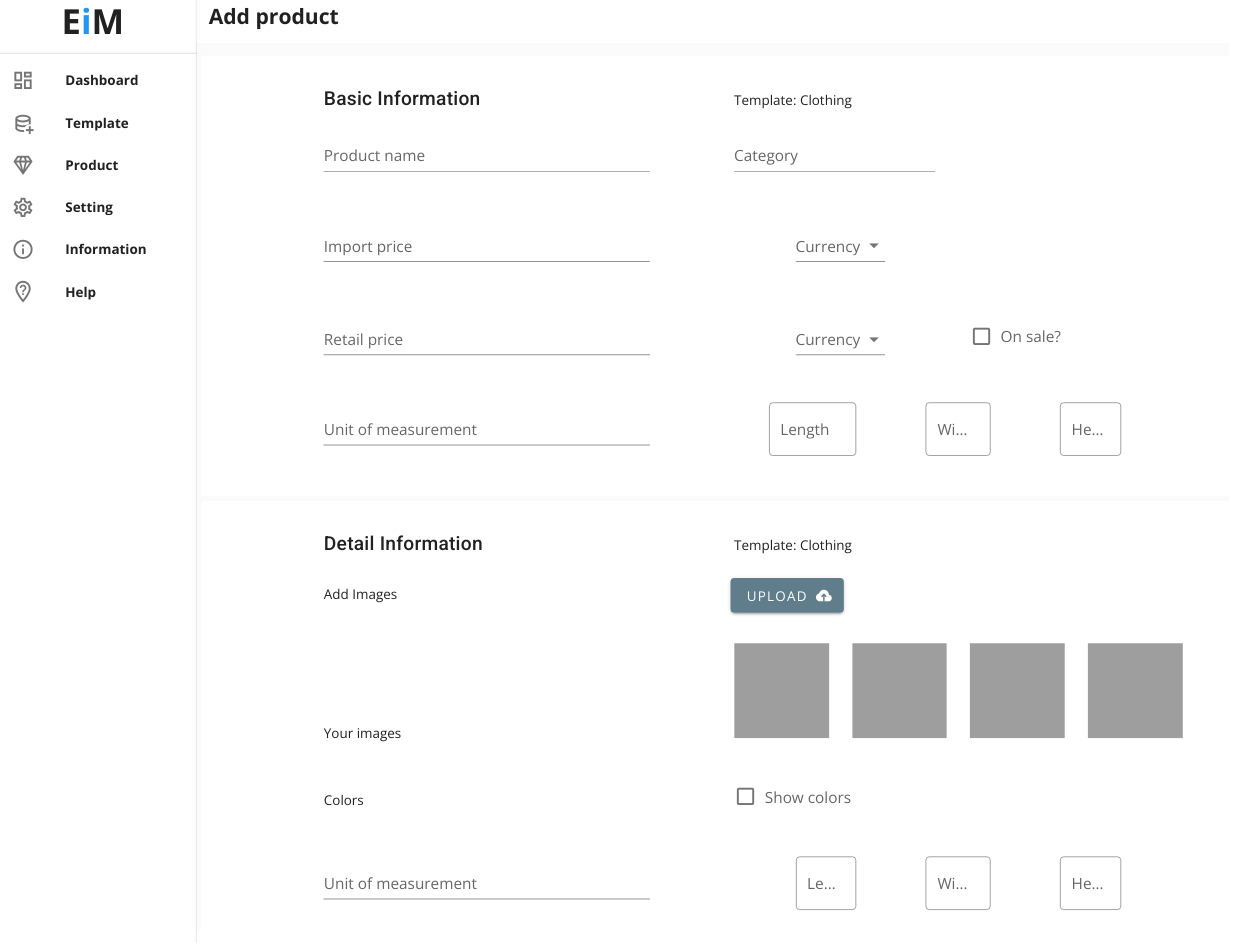
Repository: nguyenphuong152/pim-template
Page: /addproduct
These files come from the project's save history. The page is drawn as it stood at one moment and after the next save; the edit follows.
The browser window is 1280 px wide. The page is 1308 px wide, so the pictures cover 1308 px, including what lies to the right of the window. The pictures show the whole page, at 96% of full size.
Pictures or frames that could not be fetched are drawn as grey boxes. The project was rebuilt for these pictures with package versions that can differ from the ones it lists, and the page was loaded fresh each time. Also part of the build but not shown: vue.config.js, src/views/Home.vue, src/components/Outcome_1/SearchTemplate.vue, src/components/Outcome_1/YourTemplate.vue, src/components/Outcome_1/ListComponent.vue, src/components/Outcome_1/AddInfo.vue, src/components/Outcome_1/AddDetail.vue, src/components/Outcome_1/CreateRegion.vue and 5 more.

Above is the page before, as saved 2020-12-21 12:59:41.

### public/index.html
<!DOCTYPE html>
<html lang="en">
  <head>
    <meta charset="utf-8" />
    <meta http-equiv="X-UA-Compatible" content="IE=edge" />
    <meta name="viewport" content="width=device-width,initial-scale=1.0" />
    <link rel="icon" href="<%= BASE_URL %>favicon.ico" />
    <link rel="preconnect" href="https://fonts.gstatic.com" />
    <link rel="preconnect" href="https://fonts.gstatic.com" />
    <link rel="preconnect" href="https://fonts.gstatic.com" />
    <link
      href="https://fonts.googleapis.com/css2?family=Open+Sans:wght@300;400;600;700;800&display=swap"
      rel="stylesheet"
    />
    <link
      href="https://fonts.googleapis.com/css?family=Montserrat:300,400,500,600,700"
      rel="stylesheet"
    />
    <title><%= htmlWebpackPlugin.options.title %></title>
    <link
      rel="stylesheet"
      href="https://fonts.googleapis.com/css?family=Roboto:100,300,400,500,700,900"
    />
    <link
      rel="stylesheet"
      href="https://cdn.jsdelivr.net/npm/@mdi/font@latest/css/materialdesignicons.min.css"
    />
  </head>
  <body>
    <noscript>
      <strong
        >We're sorry but <%= htmlWebpackPlugin.options.title %> doesn't work
        properly without JavaScript enabled. Please enable it to
        continue.</strong
      >
    </noscript>
    <div id="app"></div>
    <!-- built files will be auto injected -->
  </body>
</html>

### src/main.js
import Vue from 'vue'
import App from './App.vue'
import router from './router'
import '../sass/style.scss'
import vuetify from './plugins/vuetify';

Vue.config.productionTip = false

new Vue({
  router,
  vuetify,
  render: h => h(App)
}).$mount('#app')

### src/App.vue
<template>
  <v-app v-bind:style="{ background: activeColor }">
    <v-row>
      <v-col cols="2" class="pa-0">
        <v-navigation-drawer permanent width="220">
          <v-list-item>
            <v-list-item-content>
              <v-list-item-title class="logo">
                E<span class="blue--text">i</span>M
              </v-list-item-title>
            </v-list-item-content>
          </v-list-item>

          <v-divider></v-divider>

          <v-list dense nav class="text-start pl-4">
            <v-list-item
              v-for="item in items"
              :key="item.title"
              :to="item.path"
              color="blue"
            >
              <v-list-item-icon>
                <v-icon>{{ item.icon }}</v-icon>
              </v-list-item-icon>
              <v-list-item-content>
                <v-list-item-title class="template-title font-weight-bold ">{{
                  item.title
                }}</v-list-item-title>
              </v-list-item-content>
            </v-list-item>
          </v-list>
        </v-navigation-drawer>
      </v-col>
      <v-col class="pa-0">
        <router-view />
      </v-col>
    </v-row>
  </v-app>
</template>

<script>
export default {
  name: "App",
  components: {},
  watch: {
    $route(to) {
      document.title = `${to.meta.title}`;
    },
  },
  data() {
    return {
      clicked: false,
      activeColor: "#FAFAFA",
      items: [
        { title: "Dashboard", icon: "mdi-view-dashboard-outline", path: "" },
        {
          title: "Template",
          icon: "mdi-database-plus-outline",
          path: "/template",
        },
        { title: "Product", icon: "mdi-diamond-stone", path: "/product" },
        { title: "Setting", icon: "mdi-cog-outline", path: "" },
        { title: "Information", icon: "mdi-information-outline", path: "" },
        { title: "Help", icon: "mdi-map-marker-question-outline", path: "" },
      ],
      right: null,
    };
  },
};
</script>

### src/router/index.js
import Vue from "vue";
import VueRouter from "vue-router";
import Home from "../views/Home.vue";
import Template from "../views/Outcome_1/CreateProductTemplate.vue";
import Product from "../views/Outcome_2/Outcome_2_screen.vue";
import AddProduct from "../views/Outcome_2/AddProduct.vue";

Vue.use(VueRouter);

const routes = [
  {
    path: "/",
    name: "Home",
    component: Home,
  },
  {
    path: "/template",
    name: "Template",
    component: Template,
    meta: {
      title: "Add Template",
    },
  },
  {
    path: "/product",
    name: "Product",
    component: Product,
    meta: {
      title: "Product",
    },
  },
  {
    path: "/addproduct",
    name: "AddProduct",
    component: AddProduct,
    meta: {
      title: "Add Product",
    },
  },
  {
    path: "/about",
    name: "About",
    // route level code-splitting
    // this generates a separate chunk (about.[hash].js) for this route
    // which is lazy-loaded when the route is visited.
    component: () =>
      import(/* webpackChunkName: "about" */ "../views/About.vue"),
  },
];

const router = new VueRouter({
  mode: "history",
  base: process.env.BASE_URL,
  routes,
});

export default router;

### sass/style.scss
$font-primary: 'Open Sans',
sans-serif;

@import "~vuetify/src/styles/styles.sass";

$fontsize-content: 14px;
$fontsize-title: 24px;
$fontsize-logo:36px;
$fontsize-header:22px;
$fontsize-nav:20px;


#app {
  font-family: $font-primary;
   font-size:$fontsize-content;
  -webkit-font-smoothing: antialiased;
  -moz-osx-font-smoothing: grayscale;
  text-align: center;
  color: #2c3e50;
}

#nav {
  padding: 30px;
}

#nav a {
  font-weight: bold;
  color: #2c3e50;
}

#nav a.router-link-exact-active {
  color: #42b983;
}

.title {
  font: $font-primary !important;
  font-size: $fontsize-nav !important;
}

.logo {
  @extend .title;
  font-weight: 700 !important;
  font-size: $fontsize-logo !important;
}

.text-header {
  font: $font-primary !important;
  font-size: $fontsize-header !important;
  font-weight: 700;
}


.template-title {
  @extend .title;
  font-size: $fontsize-content !important;
}

### src/views/Outcome_2/AddProduct.vue
<template>
  <v-container class="pa-0">
    <v-card class="" flat>
      <v-container class="text-start">
        <v-row class="align-baseline">
          <v-col cols="10">
            <span class="text-header">Add product</span>
          </v-col>
        </v-row>
      </v-container>
    </v-card>
    <br />
    <BasicInfo />
    <br />
    <DetailInfo />
  </v-container>
</template>

<script>
import BasicInfo from "../../components/Outcome_2/BasicInfo";
import DetailInfo from "../../components/Outcome_2/Detail";

export default {
  components: {
    BasicInfo,
    DetailInfo,
  },
};
</script>

### src/components/Outcome_2/BasicInfo.vue
<template>
  <v-container class="text-start ma-1 pa-0">
    <v-card flat>
      <v-row class="d-flex align-baseline px-16 pt-4">
        <v-col>
          <v-container class="px-16 py-0">
            <span class="title ">Basic Information</span>
          </v-container>
        </v-col>
        <v-col>
          <span>Template: Clothing</span>
        </v-col>
      </v-row>
      <v-container class="px-16 py-0">
        <v-row class="d-flex align-baseline pa-0">
          <v-col cols="6">
            <v-container class="py-0 px-16">
              <v-text-field
                color="blue darken-2"
                label="Product name"
                hint="Miniskirt-02"
                required
              ></v-text-field>
            </v-container>
          </v-col>
          <v-col class="px-0">
            <v-container class="py-0">
              <v-text-field
                color="blue darken-2"
                label="Category"
                hint="Ex: Miniskirt"
                required
              ></v-text-field>
            </v-container>
          </v-col>
          <v-col></v-col>
        </v-row>
        <v-row class="d-flex align-baseline">
          <v-col cols="6">
            <v-container class="py-0 px-16">
              <v-text-field
                color="blue darken-2"
                label="Import price"
                hint="180,000"
                required
              ></v-text-field>
            </v-container>
          </v-col>
          <v-col cols="3">
            <v-container class="py-0 px-16">
              <v-select :items="items" label="Currency"></v-select>
            </v-container>
          </v-col>
          <v-col> </v-col>
        </v-row>
        <v-row class="d-flex align-baseline">
          <v-col cols="6">
            <v-container class="py-0 px-16">
              <v-text-field
                color="blue darken-2"
                label="Retail price"
                hint="180,000"
                required
              ></v-text-field>
            </v-container>
          </v-col>
          <v-col cols="3">
            <v-container class="py-0 px-16">
              <v-select :items="items" label="Currency"></v-select>
            </v-container>
          </v-col>
          <v-col
            ><v-checkbox label="On sale?" color="red" hide-details></v-checkbox>
          </v-col>
        </v-row>
        <v-row class="d-flex align-baseline">
          <v-col cols="6">
            <v-container class="py-0 px-16">
              <v-text-field
                color="blue darken-2"
                label="Unit of measurement"
                hint="Ex: piece, pair,..."
                required
              ></v-text-field>
            </v-container>
          </v-col>
          <v-col>
            <v-row>
              <v-col>
                <v-container class="py-0 pl-9">
                  <v-text-field
                    label="Length"
                    placeholder="70cm"
                    outlined
                  ></v-text-field>
                </v-container>
              </v-col>
              <v-col>
                <v-container class="py-0 pr-9 pl-9">
                  <v-text-field
                    label="Width"
                    placeholder="50cm"
                    outlined
                  ></v-text-field>
                </v-container>
              </v-col>
              <v-col>
                <v-container class="py-0 pr-16">
                  <v-text-field
                    label="Height"
                    placeholder="10cm"
                    outlined
                  ></v-text-field>
                </v-container>
              </v-col>
            </v-row>
          </v-col>
        </v-row>
      </v-container>
    </v-card>
  </v-container>
</template>

<script>
export default {
  data: () => ({
    items: ["VND", "USD", "EUR"],
  }),
};
</script>

<style></style>

### src/components/Outcome_2/Detail.vue
<template>
  <v-container class="text-start ma-1 pa-0">
    <v-card flat>
      <v-row class="d-flex align-baseline px-16 pt-4">
        <v-col>
          <v-container class="px-16 py-0">
            <span class="title ">Detail Information</span>
          </v-container>
        </v-col>
        <v-col>
          <span>Template: Clothing</span>
        </v-col>
      </v-row>
      <v-container class="px-16 py-0">
        <v-row class="d-flex align-baseline pa-0">
          <v-col>
            <v-container class="py-0 px-16">
              <span>Add Images</span>
            </v-container>
          </v-col>
          <v-col cols="6" class="px-0">
            <v-container class="py-0 px-0">
              <v-btn color="blue-grey" class="ma-2 white--text">
                Upload
                <v-icon right dark>
                  mdi-cloud-upload
                </v-icon>
              </v-btn>
            </v-container>
          </v-col>
        </v-row>
        <v-row class="d-flex align-baseline">
          <v-col cols="6">
            <v-container class="py-0 px-16">
              Your images
            </v-container>
          </v-col>
          <v-col>
            <v-row>
              <v-col v-for="n in 4" :key="n" class="d-flex child-flex">
                <v-img
                  :src="`https://picsum.photos/500/300?image=${n * 3 + 10}`"
                  :lazy-src="`https://picsum.photos/10/6?image=${n * 3 + 10}`"
                  aspect-ratio="1"
                  class="grey lighten-2"
                  width="70"
                >
                  <template v-slot:placeholder>
                    <v-row
                      class="fill-height ma-0"
                      align="center"
                      justify="center"
                    >
                      <v-progress-circular
                        indeterminate
                        color="grey lighten-5"
                      ></v-progress-circular>
                    </v-row>
                  </template>
                </v-img>
              </v-col>
            </v-row>
          </v-col>
        </v-row>
        <v-row class="d-flex align-baseline">
          <v-col cols="6">
            <v-container class="py-0 px-16">
              <span>Colors</span>
            </v-container>
          </v-col>
          <v-col cols="4" v-if="checkbox">
            <v-container class="py-0">
              <v-row align="center" justify="start">
                <v-col
                  v-for="(selection, i) in selections"
                  :key="selection.text"
                  class="shrink"
                >
                  <v-chip
                    :disabled="loading"
                    close
                    @click:close="selected.splice(i, 1)"
                  >
                    <v-icon left v-text="selection.icon"></v-icon>
                    {{ selection.text }}
                  </v-chip>
                </v-col>

                <v-col v-if="!allSelected" cols="12">
                  <v-text-field
                    ref="search"
                    v-model="search"
                    full-width
                    hide-details
                    label="Search"
                    single-line
                  ></v-text-field>
                </v-col>
              </v-row>
            </v-container>
            <v-list>
              <template v-for="item in categories">
                <v-list-item
                  v-if="!selected.includes(item)"
                  :key="item.text"
                  :disabled="loading"
                  @click="selected.push(item)"
                >
                  <v-list-item-title v-text="item.text"></v-list-item-title>
                </v-list-item>
              </template>
            </v-list>
          </v-col>
          <v-col>
            <v-checkbox v-model="checkbox" label="Show colors"></v-checkbox>
          </v-col>
        </v-row>
        <v-row class="d-flex align-baseline">
          <v-col cols="6">
            <v-container class="py-0 px-16">
              <v-text-field
                color="blue darken-2"
                label="Unit of measurement"
                hint="Ex: piece, pair,..."
                required
              ></v-text-field>
            </v-container>
          </v-col>
          <v-col>
            <v-row>
              <v-col>
                <v-container class="py-0 pl-16">
                  <v-text-field
                    label="Length"
                    placeholder="70cm"
                    outlined
                  ></v-text-field>
                </v-container>
              </v-col>
              <v-col>
                <v-container class="py-0 pr-9 pl-9">
                  <v-text-field
                    label="Width"
                    placeholder="50cm"
                    outlined
                  ></v-text-field>
                </v-container>
              </v-col>
              <v-col>
                <v-container class="py-0 pr-16">
                  <v-text-field
                    label="Height"
                    placeholder="10cm"
                    outlined
                  ></v-text-field>
                </v-container>
              </v-col>
            </v-row>
          </v-col>
        </v-row>
      </v-container>
    </v-card>
  </v-container>
</template>

<script>
export default {
  data: () => ({
    checkbox: false,
    items: [
      {
        text: "Red",
      },
      {
        text: "Green",
      },
      {
        text: "Blue",
      },
      {
        text: "Yellow",
      },
    ],
    loading: false,
    search: "",
    selected: [],
  }),
  computed: {
    allSelected() {
      return this.selected.length === this.items.length;
    },
    categories() {
      const search = this.search.toLowerCase();

      if (!search) return this.items;

      return this.items.filter((item) => {
        const text = item.text.toLowerCase();

        return text.indexOf(search) > -1;
      });
    },
    selections() {
      const selections = [];

      for (const selection of this.selected) {
        selections.push(selection);
      }

      return selections;
    },
  },
  watch: {
    selected() {
      this.search = "";
    },
  },
};
</script>

<style></style>

Loaded but not shown: src/plugins/vuetify.js (common file)

After the next save:
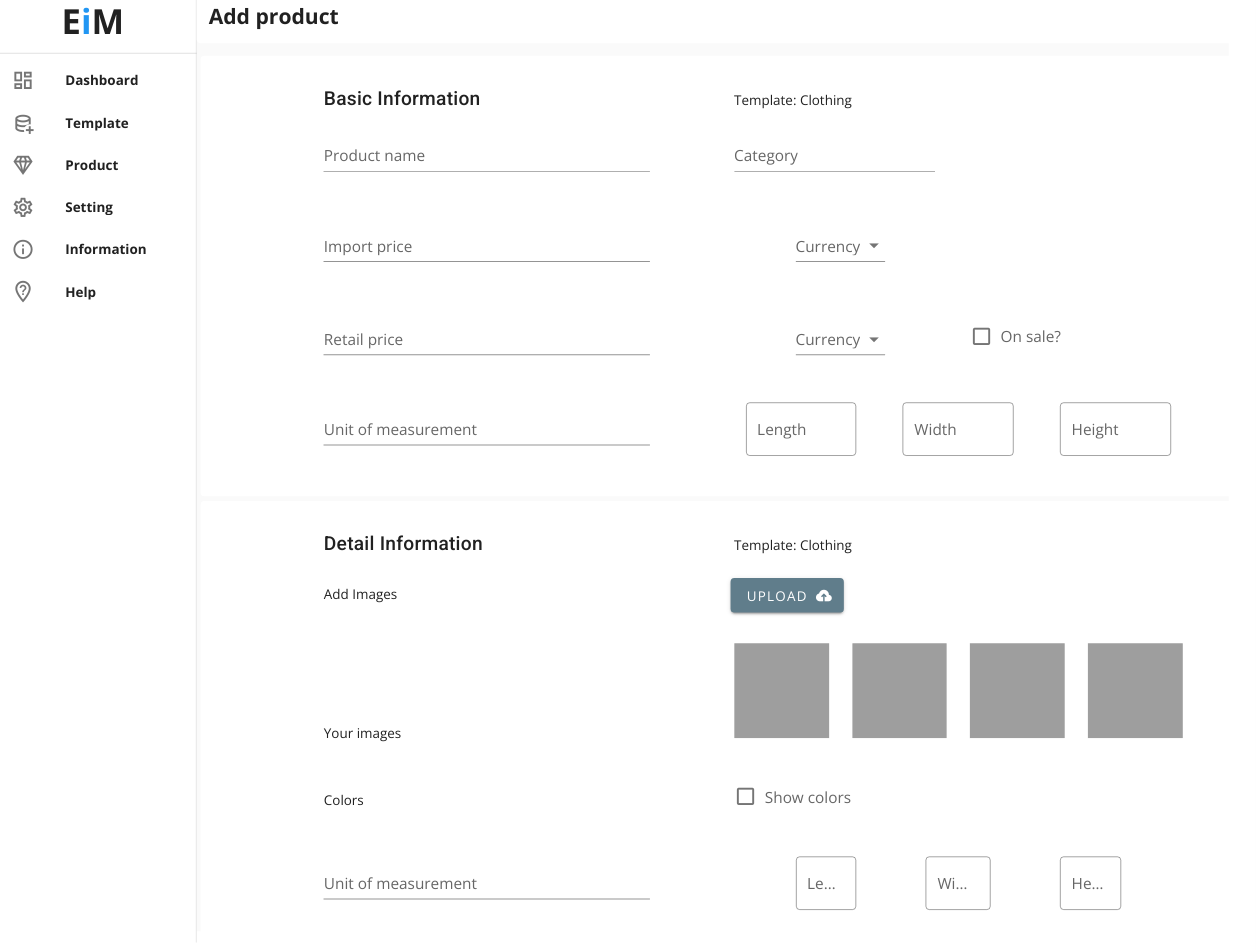
Saved 16 s later.
--- a/src/components/Outcome_2/BasicInfo.vue
+++ b/src/components/Outcome_2/BasicInfo.vue
@@ -87,7 +87,7 @@
           <v-col>
             <v-row>
               <v-col>
-                <v-container class="py-0 pl-9">
+                <v-container class="py-0">
                   <v-text-field
                     label="Length"
                     placeholder="70cm"
@@ -96,7 +96,7 @@
                 </v-container>
               </v-col>
               <v-col>
-                <v-container class="py-0 pr-9 pl-9">
+                <v-container class="py-0">
                   <v-text-field
                     label="Width"
                     placeholder="50cm"
@@ -105,7 +105,7 @@
                 </v-container>
               </v-col>
               <v-col>
-                <v-container class="py-0 pr-16">
+                <v-container class="py-0">
                   <v-text-field
                     label="Height"
                     placeholder="10cm"
